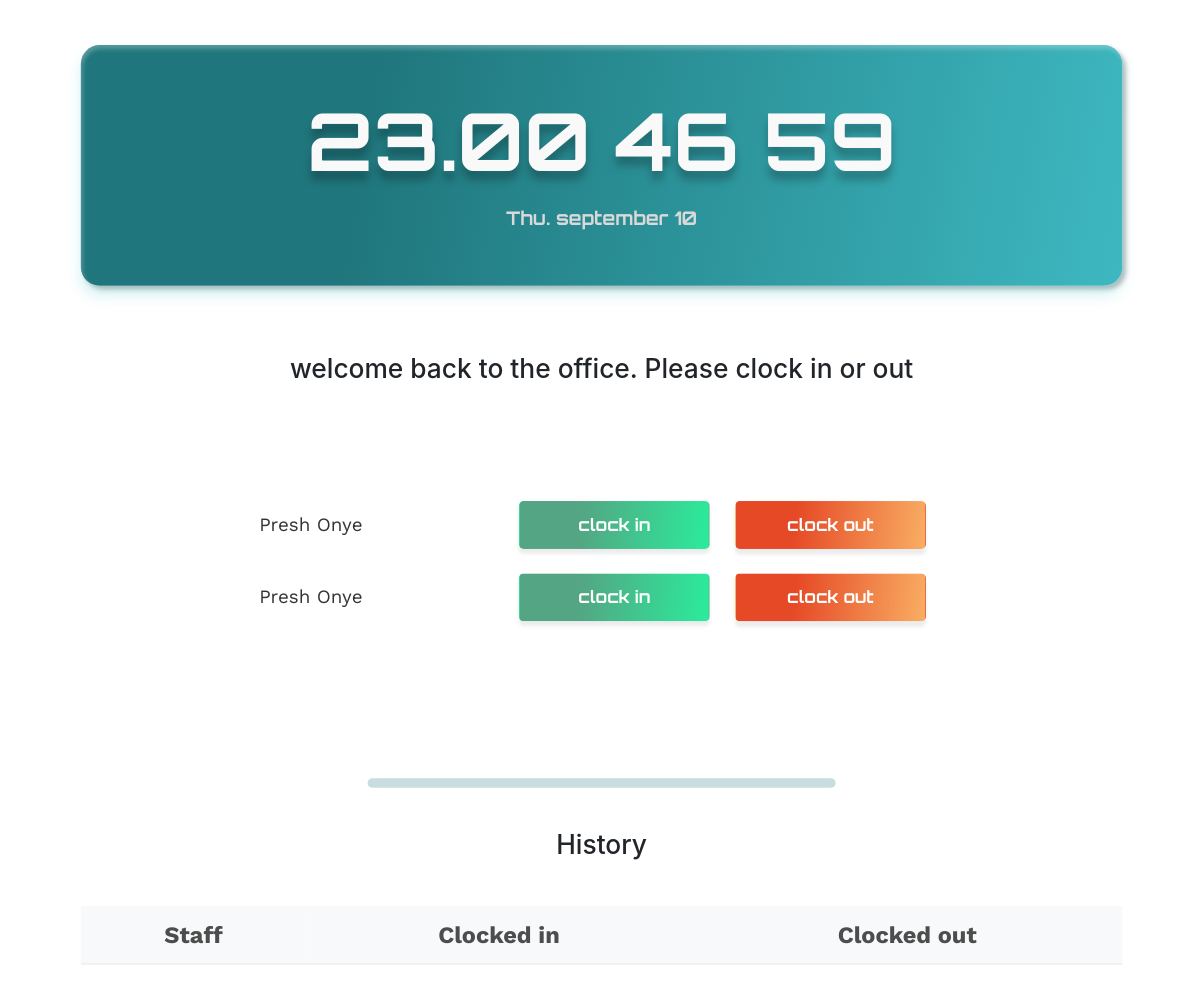
Repository: giprim/clocker
Page: /
These files come from the project's save history. The page is drawn as it stood at one moment and after the next save; the edit follows.
The browser window is 1280 px wide. The pictures show the whole page, at 94% of full size.
The project was rebuilt for these pictures with package versions that can differ from the ones it lists, and the page was loaded fresh each time.

Above is the page before, as saved 2020-09-11 12:55:30.

After the next save:
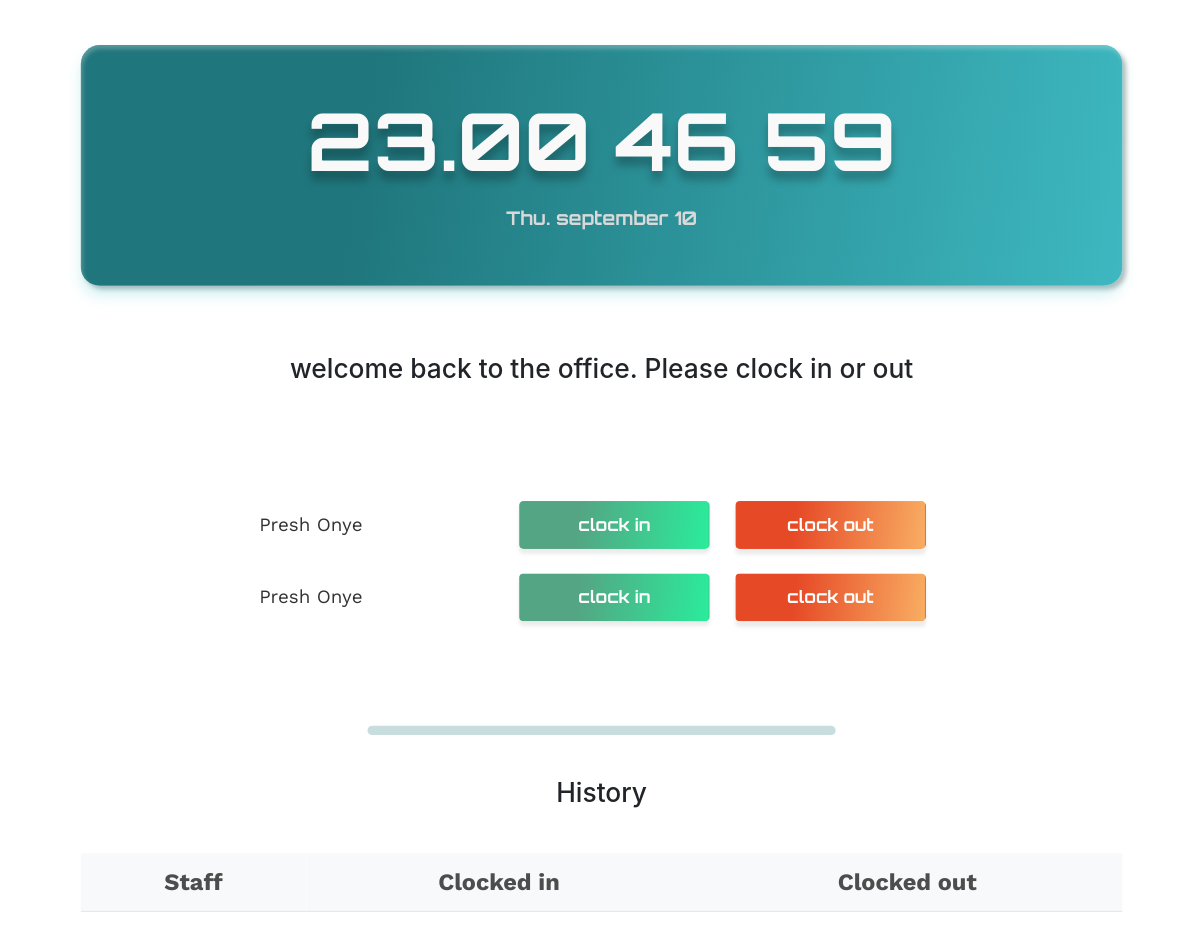
Saved 79 s later.
--- a/src/App.css
+++ b/src/App.css
@@ -85,7 +85,7 @@ td {
 hr {
   border-radius: 15px;
   margin: 4% auto;
-  margin-top: 15%;
+  margin-top: 10%;
   width: 45%;
   padding: 5px;
   background: #20777c;
